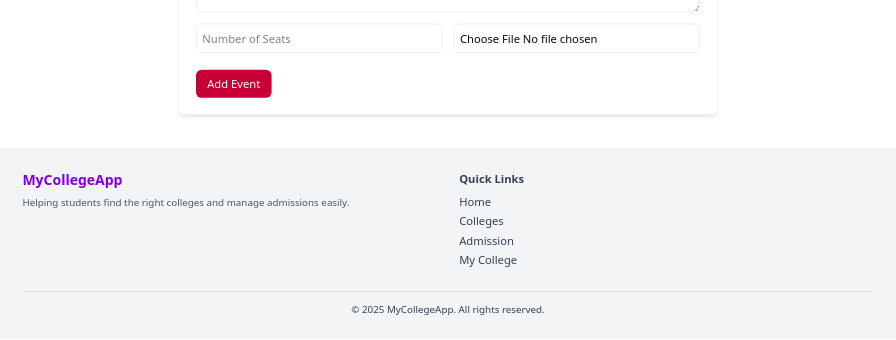
Repository: shshafin/event-client
Page: /add-event
An editor plug-in stored every save of this project. The page is shown before and after a run of saves, followed by the edit.
The browser window is 1280 px wide. The pictures show the part of the page from y = 324 to 2244 px (the page is 809 px tall before and 3601 px after), at 70% of full size.
The page's requests for data from a server got no answer. The project was rebuilt for these pictures with package versions that can differ from the ones it lists, and the page was loaded fresh each time. The framework's server and built-in components were replaced by stand-ins that run in the browser. No one was signed in, and anything a server would have sent is missing. Also part of the build but not shown: next.config.ts, src/components/ui/dropdown-menu.tsx.

Above is the page before, as saved 2025-10-30 01:03:51.

After the next 2 saves:
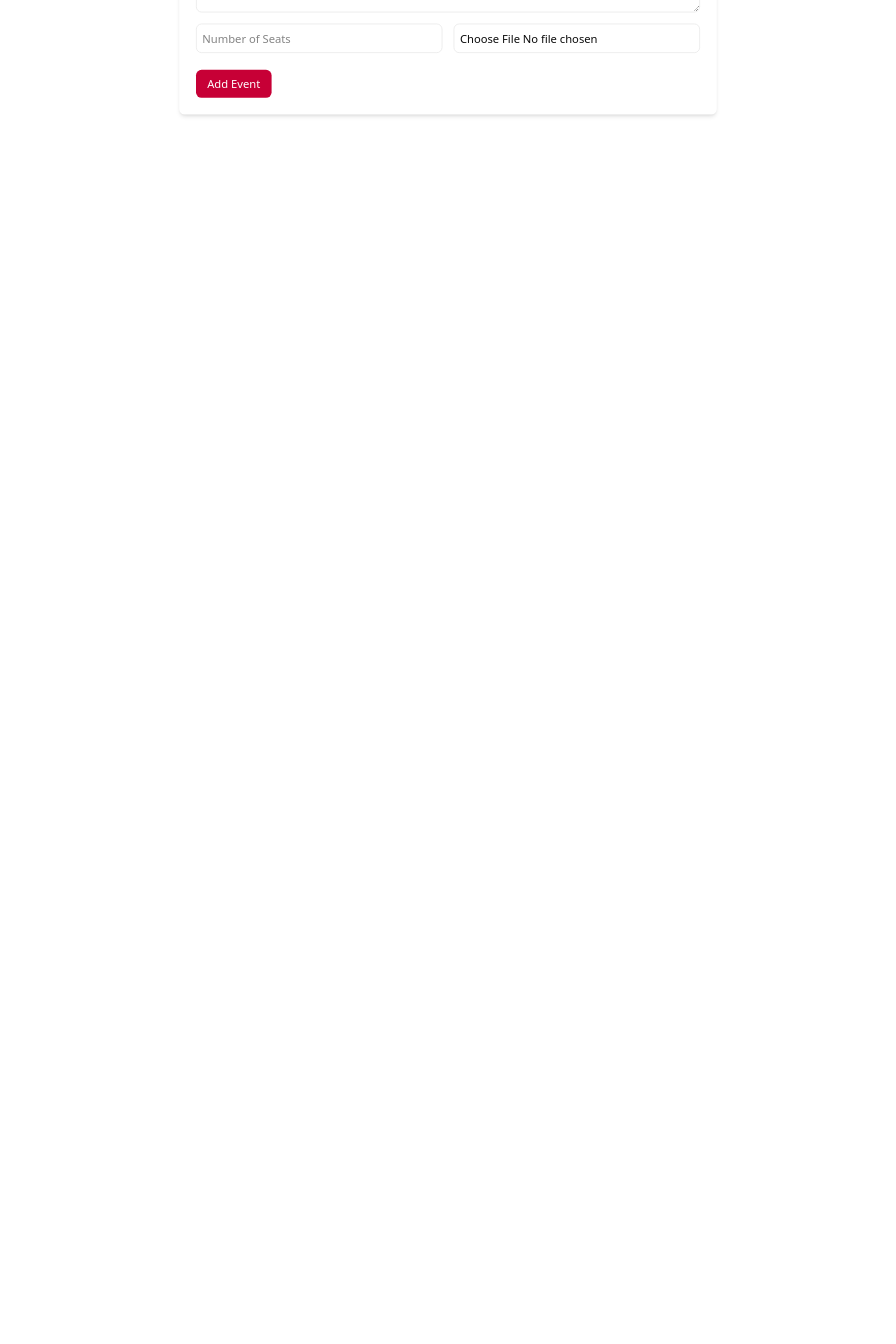
The 2 saves are shown as one change because they came seconds apart.
The last was saved 10 s later.
--- a/src/app/(withCommonLayout)/(admin)/add-event/page.tsx
+++ b/src/app/(withCommonLayout)/(admin)/add-event/page.tsx
@@ -137,7 +137,7 @@ export default function AddEventPage() {
   };
 
   return (
-    <section className="h-[50rm]">
+    <section className="h-[200rem]">
       <div className="max-w-3xl mx-auto mt-20 p-4 sm:p-6 bg-white shadow-md rounded-md">
         <h2 className="text-2xl font-bold mb-6 text-rose-700 text-center sm:text-left">
           Add Event
